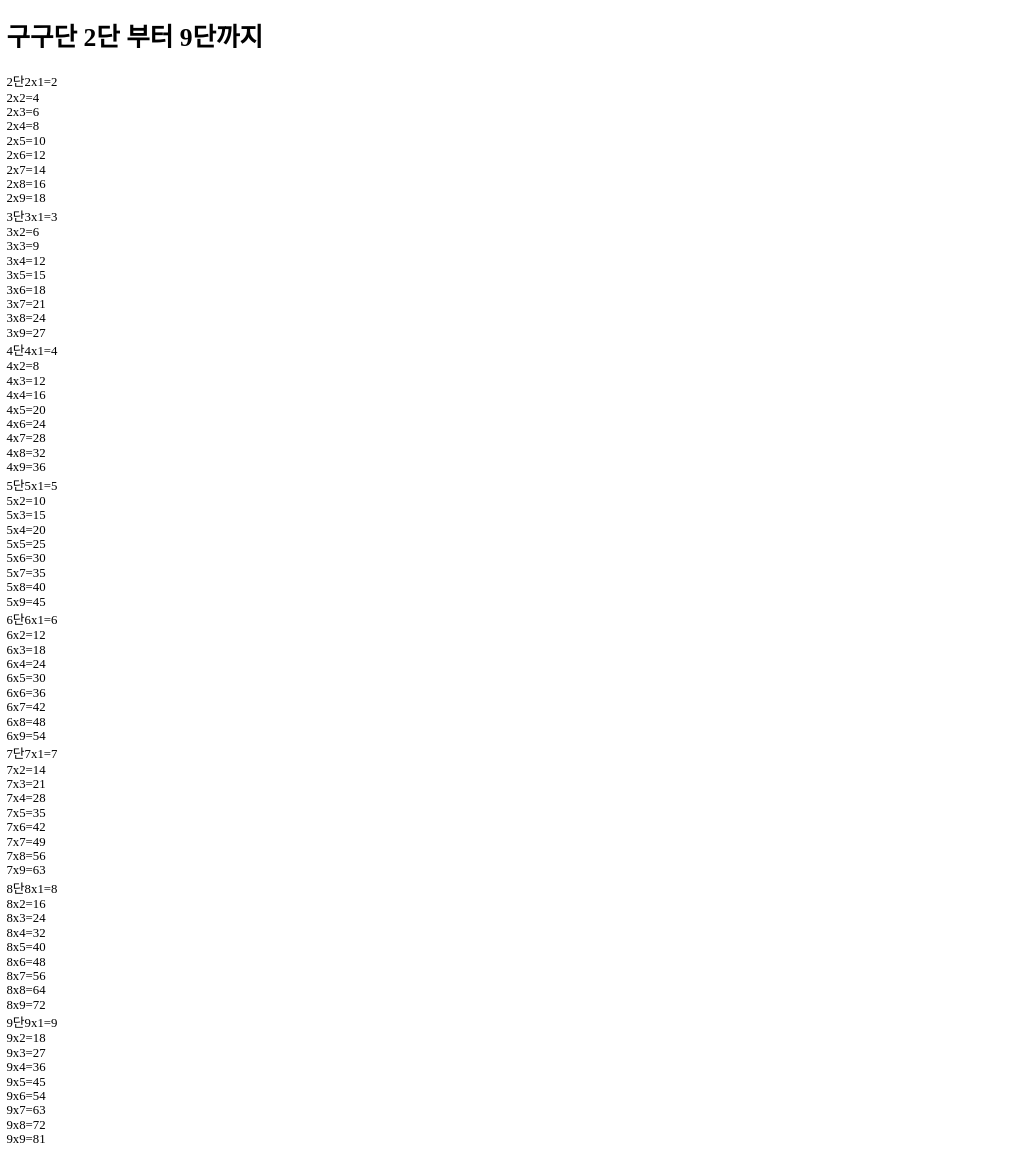
Repository: hyeongu135-ui/Jsp2026
Page: http://localhost/chapter01/test02.jsp
These files come from the project's save history. The page is drawn as it stood at one moment and after the next save; the edit follows.
The browser window is 1280 px wide. The pictures show the whole page, at 80% of full size.
The page is served by Tomcat 9.

Above is the page before, as saved 2026-10-16 03:20:46.

After the next save:
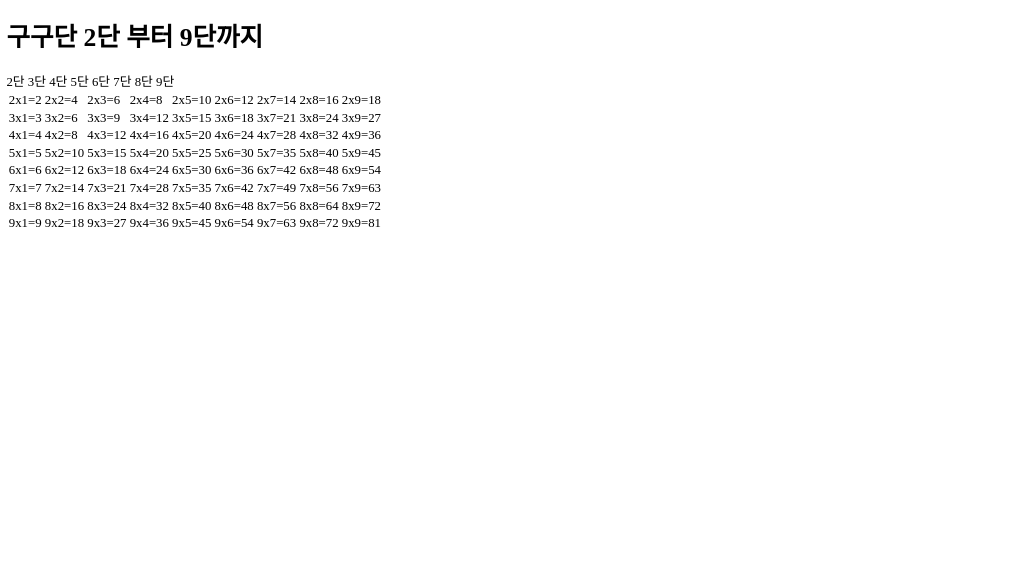
Saved 42 min 56 s later.
--- a/chapter01/src/main/webapp/test02.jsp
+++ b/chapter01/src/main/webapp/test02.jsp
@@ -8,20 +8,23 @@
 </head>
 <body>
 	<h1>구구단 2단 부터 9단까지</h1>
-	<p>
+	<table>
 		<%
-		for (int i = 2; i < 10; i++) {
-			out.print(i + "단");
+		for (int i = 2; i < 10; i++) {%>
+			<tr>
+			<%out.print(i + "단");
 			for (int j = 1; j < 10; j++) {
 				int sum = (i * j);
-				out.print(i + "x" + j + "=" + sum);
-		%><br>
+
+		%>
+		<td><%= i + "x" + j + "=" + sum %></td>
 		<%
 		}
 		%>
+		</tr>
 		<%
 		}
 		%>
-
+	</table>
 </body>
 </html>
